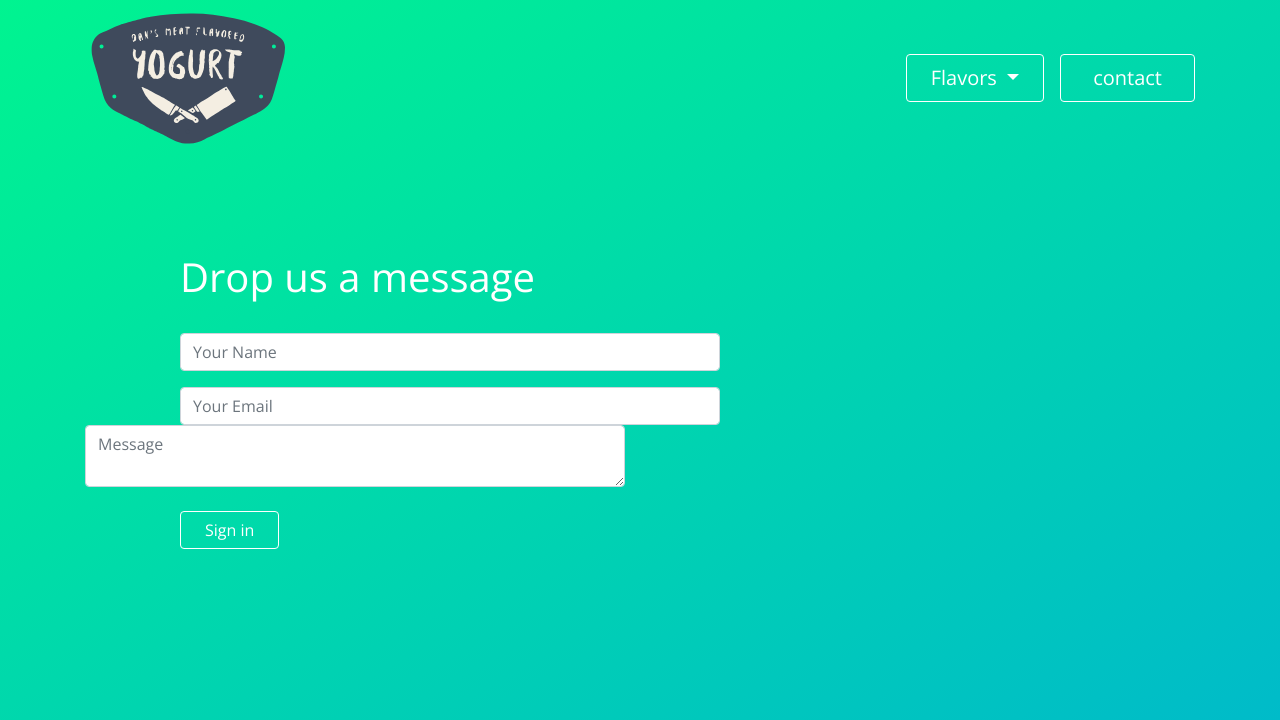
Repository: hoangnam180/Huyen
Page: Form.html
The author's editor kept a copy of each file at every save. The page is drawn from the files as they stood at one save, then again after the next save.
The browser window is 1280 px wide. The pictures show the whole page.

Above is the page before, as saved 2021-12-03 19:13:04.
Not found: space.scss

### Form.html
<!doctype html>
<html lang="en">

<head>
  <title>Title</title>
  <!-- Required meta tags -->
  <meta charset="utf-8">
  <meta name="viewport" content="width=device-width, initial-scale=1, shrink-to-fit=no">

  <!-- Bootstrap CSS -->
  <link rel="stylesheet" href="https://stackpath.bootstrapcdn.com/bootstrap/4.3.1/css/bootstrap.min.css"
    integrity="sha384-ggOyR0iXCbMQv3Xipma34MD+dH/1fQ784/j6cY/iJTQUOhcWr7x9JvoRxT2MZw1T" crossorigin="anonymous">
  <link rel="stylesheet" href="space.scss">
  <link rel="stylesheet" href="style.css">
  <link rel="preconnect" href="https://fonts.googleapis.com">
  <link rel="preconnect" href="https://fonts.gstatic.com" crossorigin>
  <link href="https://fonts.googleapis.com/css2?family=Abril+Fatface&family=Open+Sans:wght@300;400&display=swap"
    rel="stylesheet">
</head>

<body>
  <div class="container">
    <nav class="navbar navbar-expand-lg navbar-light pr-0 pl-0 ">
      <!-- logo -->
      <a class="navbar-brand " href="#"><img src="images/logo-dans-meat-yogurt.svg" width="207.49" height="130.59"
          alt="logo"></a>
      <!-- logo end -->
      <button class="navbar-toggler border border-white" type="button" data-toggle="collapse"
        data-target="#navbarNavDropdown" aria-controls="navbarNavDropdown" aria-expanded="false"
        aria-label="Toggle navigation">
        <span class="navbar-toggler-icon"></span>
      </button>
      <div class="collapse navbar-collapse" id="navbarNavDropdown">
        <!-- nav -->
        <ul class="navbar-nav ml-auto rounded ">
          <li class="nav-item dropdown border border border-white mr-2 rounded ">
            <a class="nav-link dropdown-toggle text-center text-white pr-4 pl-4" href="#" id="navbarDropdownMenuLink" role="button"
              data-toggle="dropdown" aria-expanded="false">
              Flavors
            </a>
            <div class="dropdown-menu" aria-labelledby="navbarDropdownMenuLink">
              <a class="dropdown-item" href="#">Action</a>
              <a class="dropdown-item" href="#">Another action</a>
              <a class="dropdown-item" href="#">Something else here</a>
              <a class="dropdown-item" href="#">Action</a>
            </div>
          </li>
          <li class="nav-item border border-white ml-2 px-2 rounded ">
            <a class="nav-link text-center text-white  pr-4 pl-4" href="contact.html">contact</a>
          </li>
        </ul>
      </div>
    </nav>
    <!-- end nav -->
    <div class="form">
        <div class="row ">
            <div class="col-11 offset-1 mt-5"><h1 class="text-white mt-5">Drop us a message</h1></div>
        </div>
        <div class="row mt-4">
            <div class="col-6 offset-1">
                <div class="row flex-column">
                    <div class="col">
                        <input type="email" class="form-control" placeholder = "Your Name">
                    </div>
                    <div class="col">
                        <input type="text" id="" class="form-control mt-3" placeholder="Your Email">
                    </div>
                </div>
            </div>
            <div class="col-6">
                <textarea style="height: 100%;" class="form-control" placeholder="Message"></textarea>
            </div>
        </div>
        <div class="row mt-4 ">
            <div class="col-6 offset-1">
                <button type="submit" class="btn bg-transparent border border-white pr-4 pl-4 text-white">Sign in</button>
            </div>
        </div>
    </div>
  </div>

  <!-- Optional JavaScript -->
  <!-- jQuery first, then Popper.js, then Bootstrap JS -->
  <script src="https://code.jquery.com/jquery-3.3.1.slim.min.js"
    integrity="sha384-q8i/X+965DzO0rT7abK41JStQIAqVgRVzpbzo5smXKp4YfRvH+8abtTE1Pi6jizo"
    crossorigin="anonymous"></script>
  <script src="https://cdnjs.cloudflare.com/ajax/libs/popper.js/1.14.7/umd/popper.min.js"
    integrity="sha384-UO2eT0CpHqdSJQ6hJty5KVphtPhzWj9WO1clHTMGa3JDZwrnQq4sF86dIHNDz0W1"
    crossorigin="anonymous"></script>
  <script src="https://stackpath.bootstrapcdn.com/bootstrap/4.3.1/js/bootstrap.min.js"
    integrity="sha384-JjSmVgyd0p3pXB1rRibZUAYoIIy6OrQ6VrjIEaFf/nJGzIxFDsf4x0xIM+B07jRM"
    crossorigin="anonymous"></script>
</body>

</html>

### style.css
body{
    background:linear-gradient(to bottom right, #00F490, #00BBC9);
    background-attachment: fixed;
    font-size: 1.25rem;
    font-family:'Open Sans', sans-serif;
}
h5.card-title{
    color: #00F490;
}
h1.display-4{
    font-size: 4.2rem;
    text-shadow: 1px 0px 1px #000000;
    font-family: 'Abril Fatface', cursive;
}
p.lead{
    font-size: 2.25rem;
}
a.btn-outline-light{
    font-size: 1.18rem;
}
.img-top{

    border-radius: 10px 0px 0px 10px;
}
.text-top{
    border-radius: 0px 10px 10px 0px ;
}
span.next{
    margin-right: 100px;
}

.form-control:placeholder{
    color: #00F490;
}
@media (min-width: 768px) {
    .bg-white-md{
        background-color: white !important;
    }
    .text-black-md{
       color: #000 !important;
    }

}

After the next save:
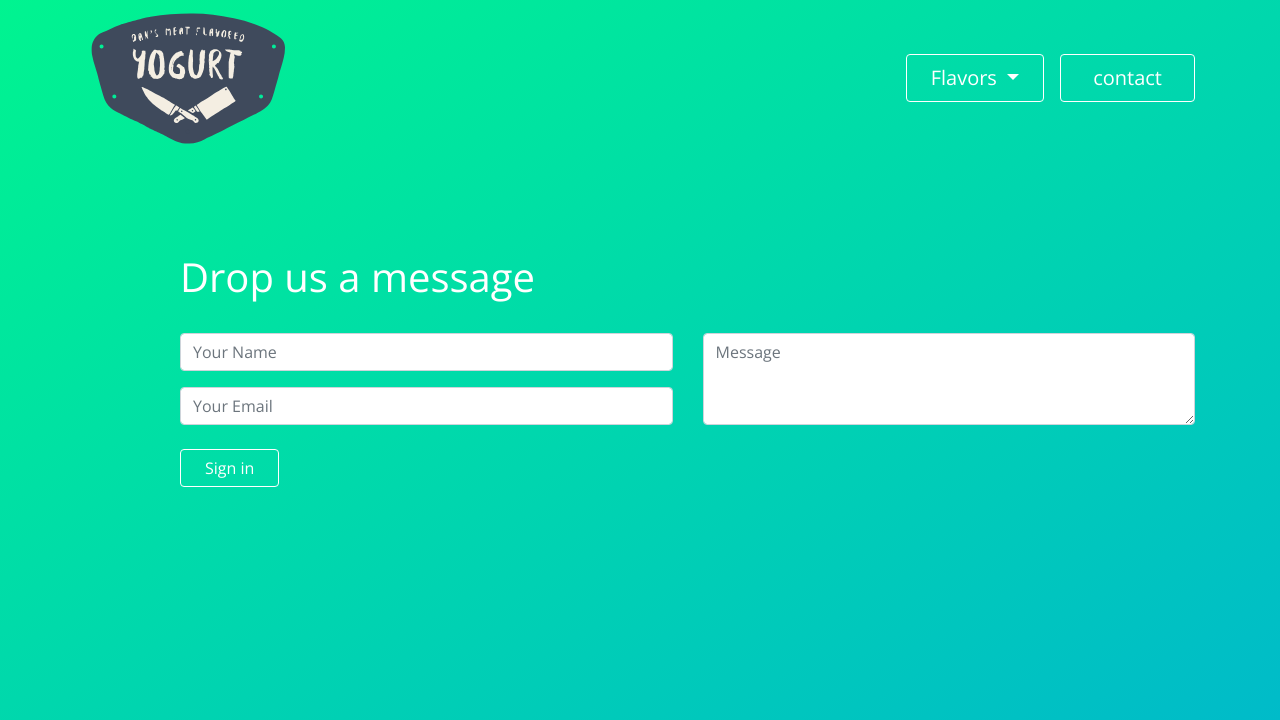
Saved 7 s later.
--- a/Form.html
+++ b/Form.html
@@ -57,7 +57,7 @@
             <div class="col-11 offset-1 mt-5"><h1 class="text-white mt-5">Drop us a message</h1></div>
         </div>
         <div class="row mt-4">
-            <div class="col-6 offset-1">
+            <div class="col offset-1">
                 <div class="row flex-column">
                     <div class="col">
                         <input type="email" class="form-control" placeholder = "Your Name">
@@ -67,7 +67,7 @@
                     </div>
                 </div>
             </div>
-            <div class="col-6">
+            <div class="col ">
                 <textarea style="height: 100%;" class="form-control" placeholder="Message"></textarea>
             </div>
         </div>

After the save that followed:
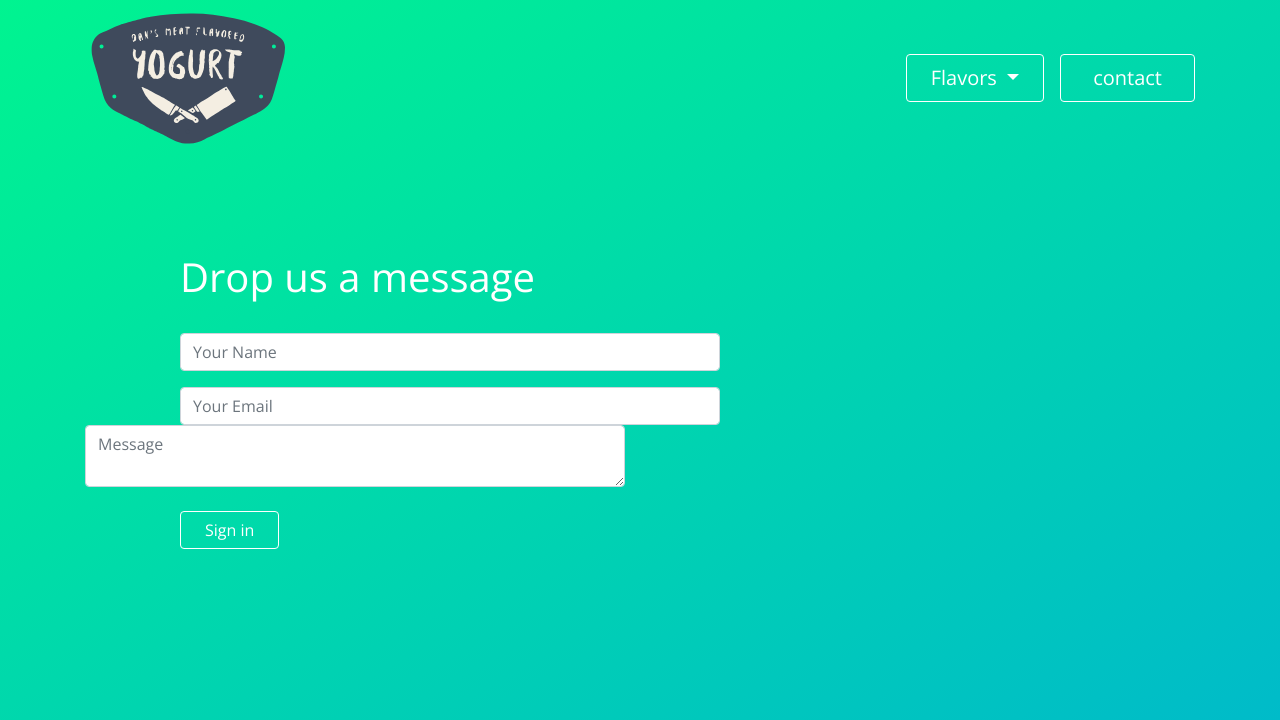
Saved 62 s later.
--- a/Form.html
+++ b/Form.html
@@ -57,7 +57,7 @@
             <div class="col-11 offset-1 mt-5"><h1 class="text-white mt-5">Drop us a message</h1></div>
         </div>
         <div class="row mt-4">
-            <div class="col offset-1">
+            <div class="col-12 col-md-6 offset-1">
                 <div class="row flex-column">
                     <div class="col">
                         <input type="email" class="form-control" placeholder = "Your Name">
@@ -67,7 +67,7 @@
                     </div>
                 </div>
             </div>
-            <div class="col ">
+            <div class="col-12 col-md-6 ">
                 <textarea style="height: 100%;" class="form-control" placeholder="Message"></textarea>
             </div>
         </div>
